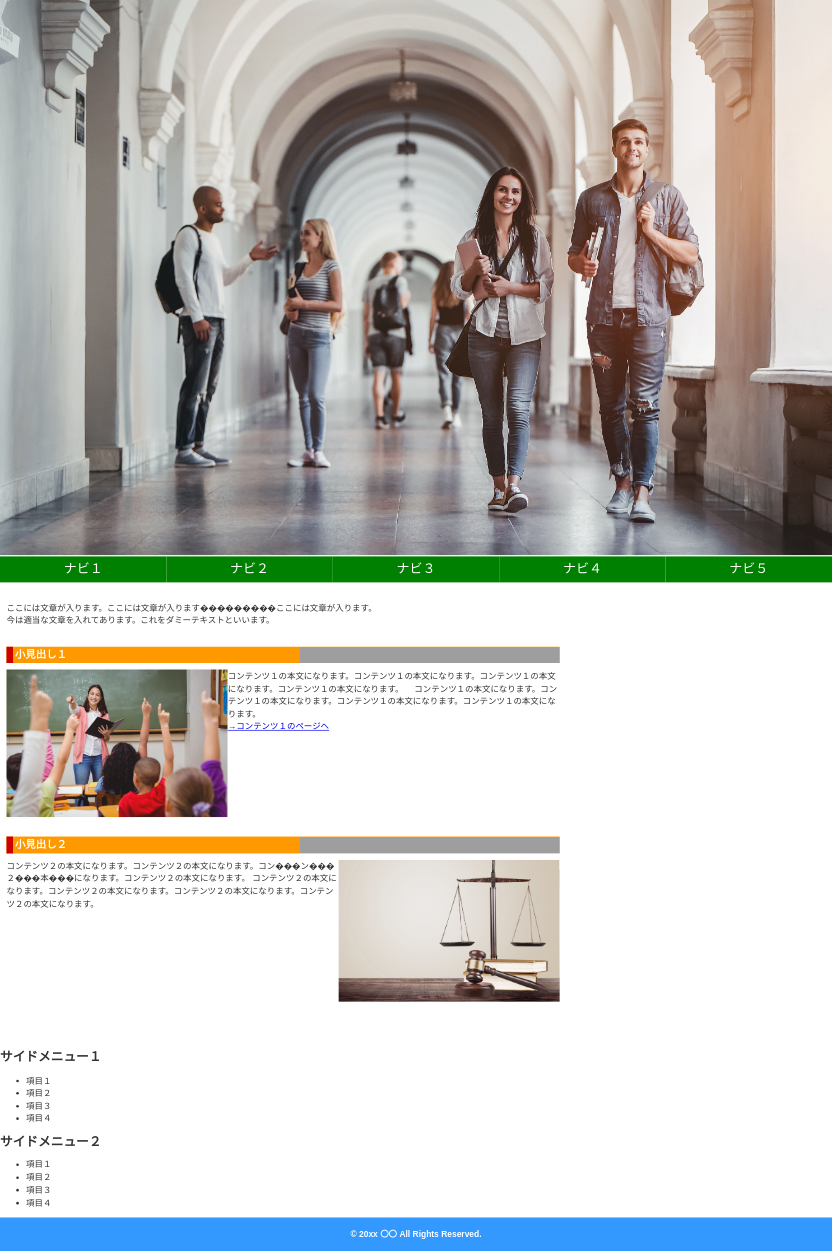
Repository: IkutoHiroki/samurai_HTML_CSS
Page: home2.html
The author's editor kept a record of every edit. The page is drawn from the files as they stood at one moment, then again after the next edit.
The browser window is 1280 px wide. The pictures show the whole page, at 65% of full size.
Pictures or frames that could not be fetched are drawn as grey boxes.

Above is the page before.

After the next edit:
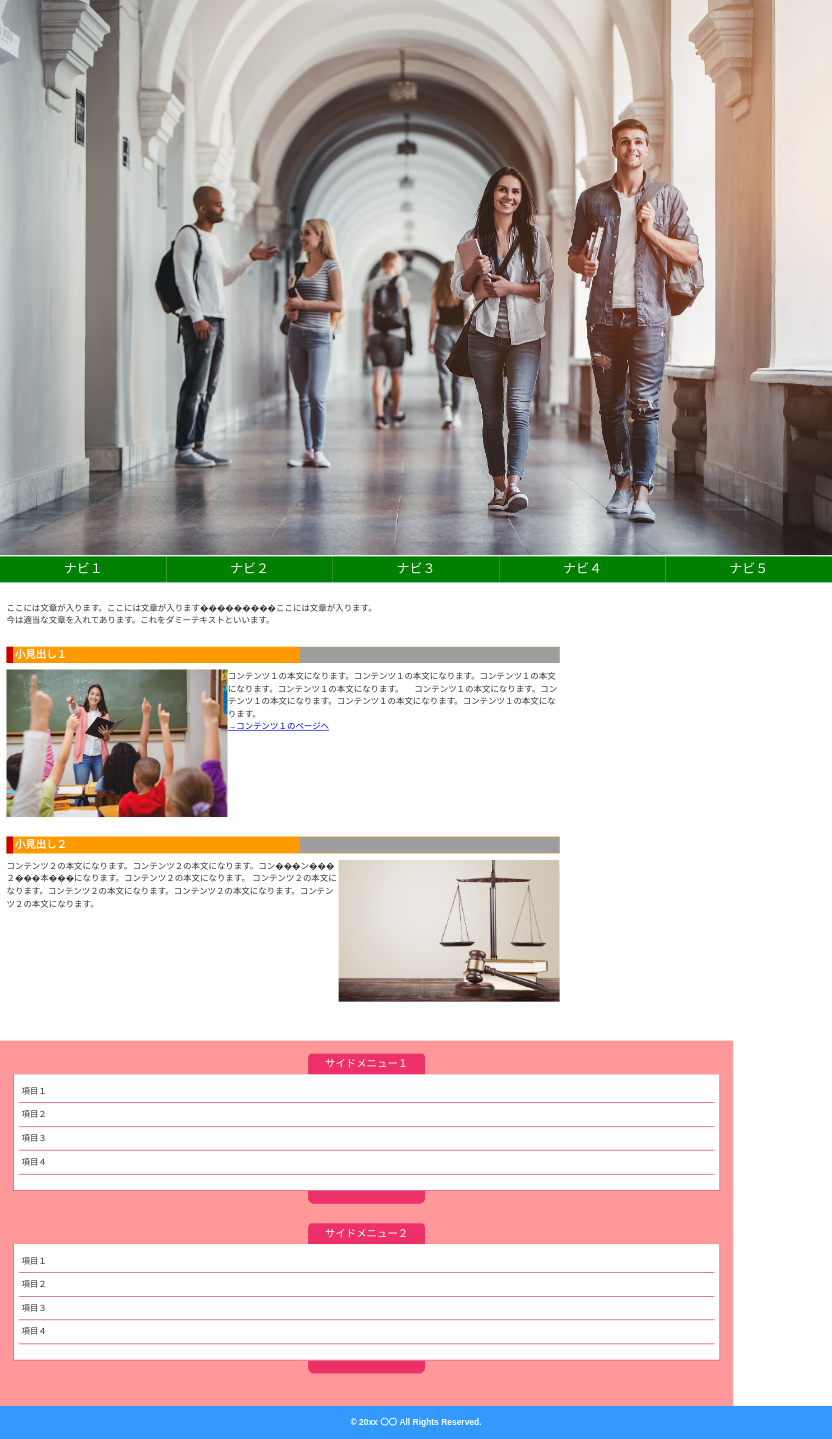
The edit:
--- a/home2.html
+++ b/home2.html
@@ -55,7 +55,7 @@
                </div>
            </div>
 
-           <div id="size">
+           <div id="side">
                <div class="box">
                    <h2>サイドメニュー１</h2>
                    <div class="boxBody">
